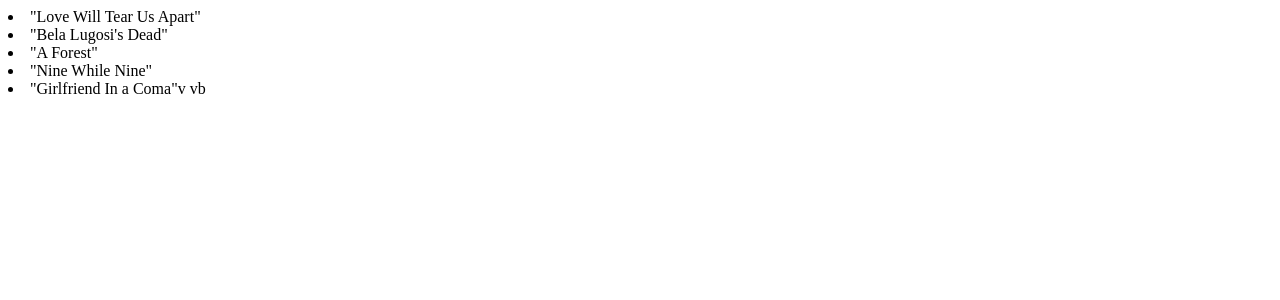
Repository: Dorycheng1989/HTML-Structure
Page: my_list.html
An editor plug-in stored every save of this project. The page is shown before and after the next save, followed by the edit.
The browser window is 1280 px wide. The pictures show the whole page.

Above is the page before, as saved 2023-03-07 20:08:58.

### my_list.html
<li>"Love Will Tear Us Apart"</li>
<li>"Bela Lugosi's Dead"</li>
<li>"A Forest"</li>
<li>"Nine While Nine"</li>
<li>"Girlfriend In a Coma"v vb </li>

After the next save:
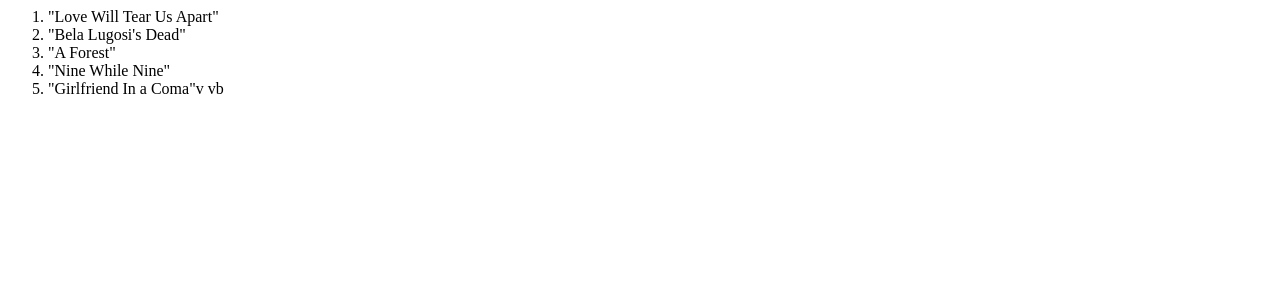
Saved 2 min 29 s later.
--- a/my_list.html
+++ b/my_list.html
@@ -1,5 +1,9 @@
+<ol>
+
 <li>"Love Will Tear Us Apart"</li>
 <li>"Bela Lugosi's Dead"</li>
 <li>"A Forest"</li>
 <li>"Nine While Nine"</li>
 <li>"Girlfriend In a Coma"v vb </li>
+
+</ol>
